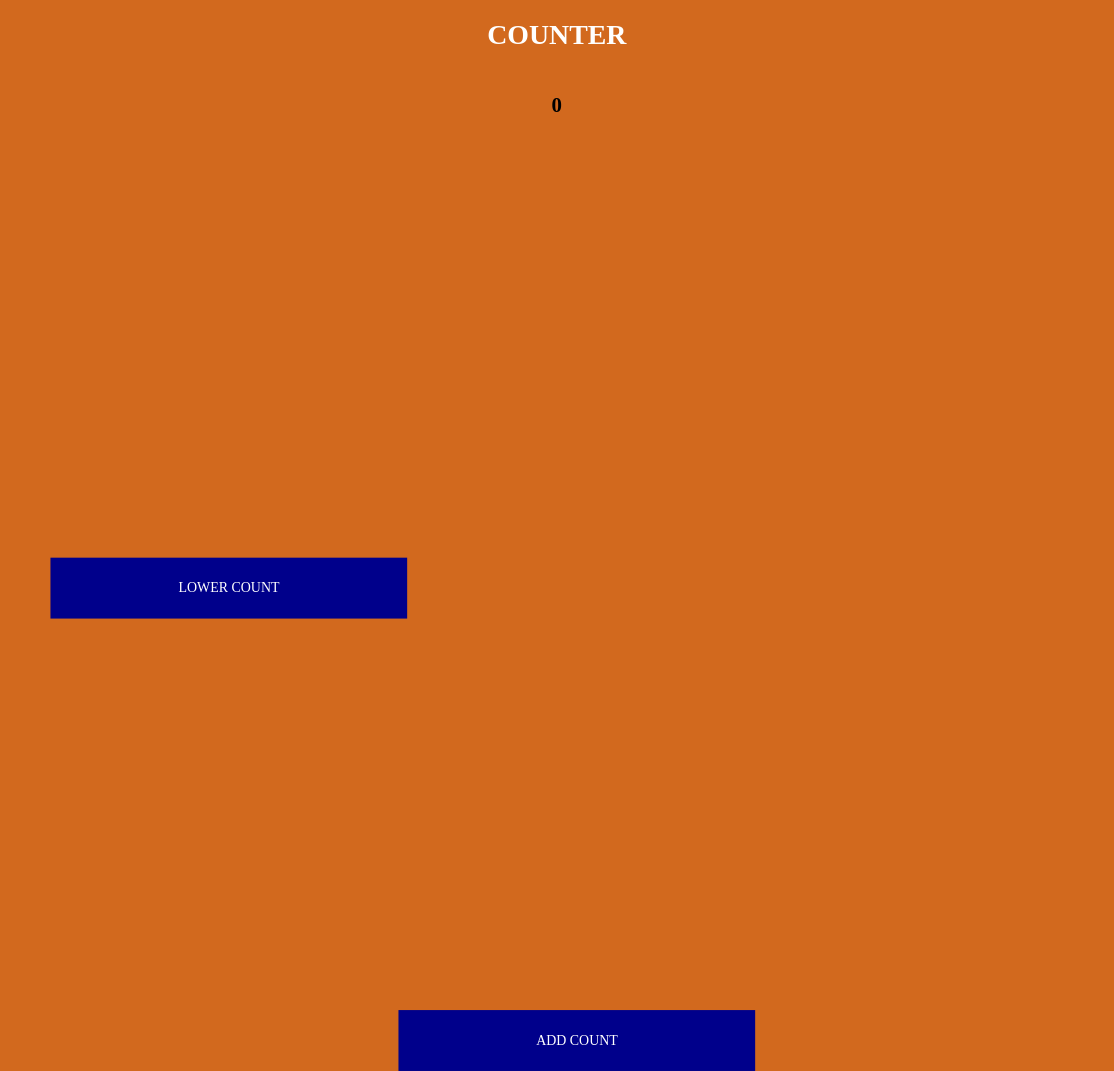
Repository: Seryozha02/Calculator
Page: calculator.html
These files come from the project's save history. The page is drawn as it stood at one moment and after the next save; the edit follows.
The browser window is 1280 px wide. The pictures show the whole page, at 87% of full size.

Above is the page before, as saved 2022-02-14 17:08:45.

After the next save:
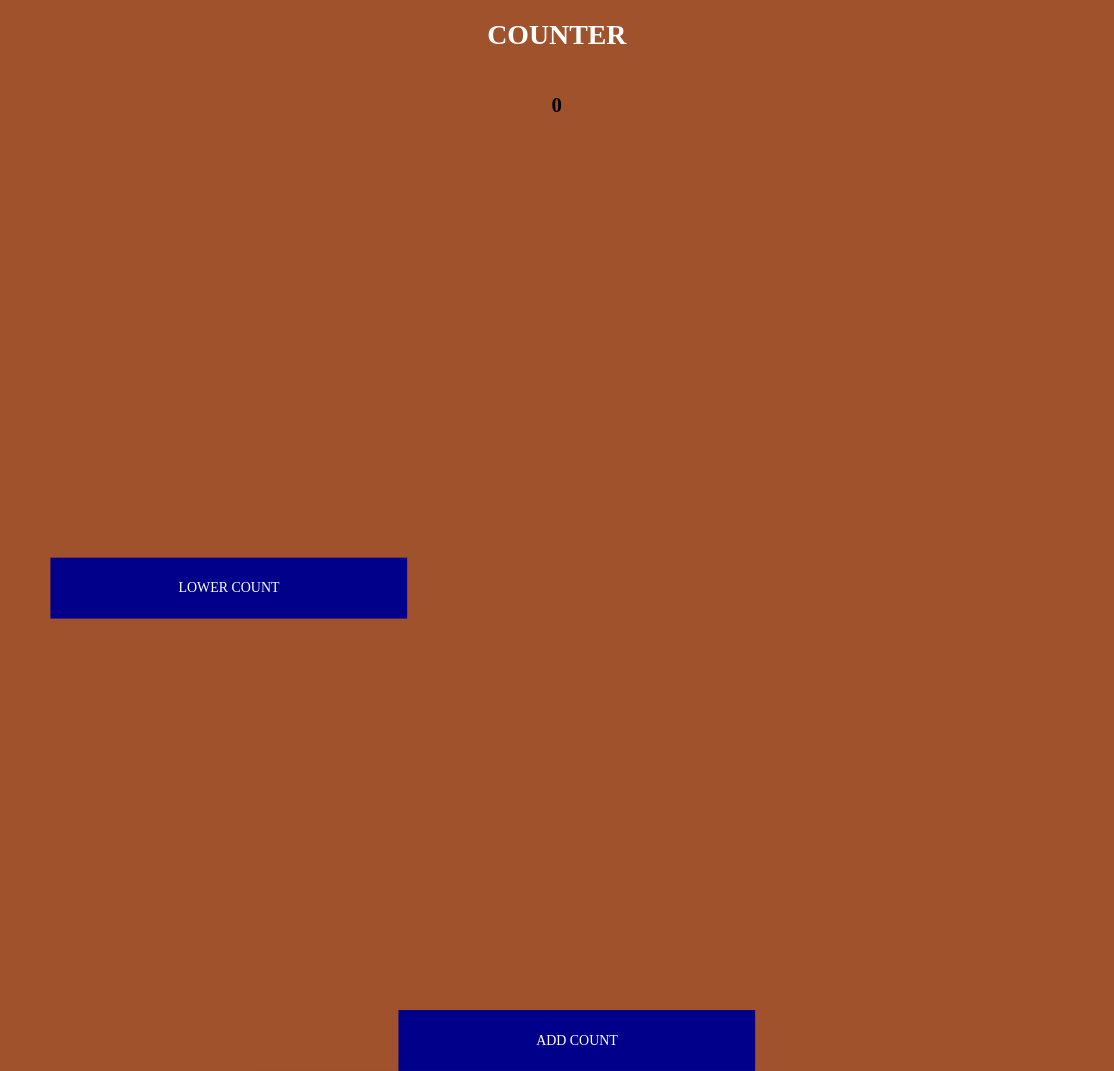
Saved 28 s later.
--- a/calculator.css
+++ b/calculator.css
@@ -3,7 +3,7 @@ h1 {
     margin-top: ;
 }
 html{
-    background-color:chocolate;
+    background-color: sienna;
 }
 
 h2{
@@ -65,7 +65,7 @@ body {
     color: white;
     }
 
-.card:hover {
+/* .card:hover {
     transform: scale(1.1);
     background-color: black;
     transition-duration: 2s;
@@ -74,4 +74,4 @@ body {
       */
 /* .fa {
     font-size: 50px;
-}
+} */
